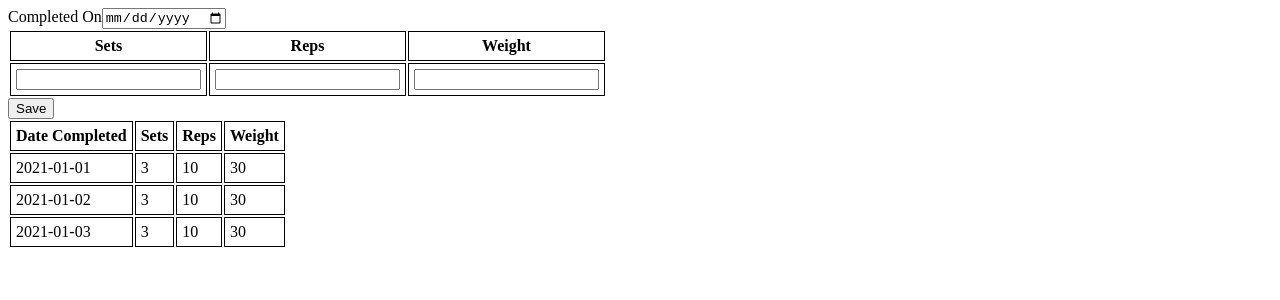
Repository: Kayla-amr/Exercise-Tracking-App
Page: / (app in exerciseTracking/)
These files come from the project's save history. The page is drawn as it stood at one moment and after the next save; the edit follows.
The browser window is 1280 px wide. The pictures show the whole page.
The project was rebuilt for these pictures with package versions that can differ from the ones it lists, and the page was loaded fresh each time. Also part of the build but not shown: exerciseTracking/vite.config.ts, exerciseTracking/src/assets/main.css.

Above is the page before, as saved 2023-03-17 13:34:38.

### exerciseTracking/src/main.ts
import { createApp } from 'vue'
import App from './App.vue'

import './assets/main.css'

const app = createApp(App)

app.mount('#app')

### exerciseTracking/src/App.vue
<script setup>
import trackingForm from './components/trackingForm.vue'
import trackingHistory from './components/trackingHistory.vue'
</script>

<template>
    <div id="app">
        <tracking-form />
        <tracking-history :exercises="exercises" />

    </div>
</template>

<script>
export default{
    name: 'app',
    components: {
        trackingForm,
        trackingHistory
    },
    data() {
        return {
            exercises: [
              {
                id: 1,
                date: '2021-01-01',
                sets: '3',
                reps: '10',
                weight: '30'
              },
              {
                id: 2,
                date: '2021-01-02',
                sets: '3',
                reps: '10',
                weight: '30'
              },
              {
                id: 3,
                date: '2021-01-03',
                sets: '3',
                reps: '10',
                weight: '30'
              }
            ]
        }
    }
}
</script>

### exerciseTracking/src/components/trackingForm.vue
<template>
    <div id="tracking-form">
        <form @submit.prevent="handleSubmit">
            <label for="date">Completed On</label>
            <input type="date" v-model="date">
            <table>
                <thead>
                    <tr>
                        <th>Sets</th>
                        <th>Reps</th>
                        <th>Weight</th>
                    </tr>
                </thead>
                <tbody>
                    <tr>
                        <td><input type="text" v-model="sets"></td>
                        <td><input type="number" v-model="reps"></td>
                        <td><input type="number" v-model="weight"></td>
                    </tr>
                </tbody>
            </table>
            <button type="submit">Save</button>
        </form>
    </div>
</template>


<script>
export default {
    name: 'tracking-form',
    data() {
        return {
            exercises: {
                date: '',
                sets: '',
                reps: '',
                weight: ''
            }
        }
    }
}
</script>

### exerciseTracking/src/components/trackingHistory.vue
<template>
    <div id="tracking-history">
        <table>
            <thead>
                <tr>
                    <th>Date Completed</th>
                    <th>Sets</th>
                    <th>Reps</th>
                    <th>Weight</th>
                </tr>
            </thead>
            <tbody>
                <tr v-for="exercise in exercises" :key="exercise.id">
                    <td>{{ exercise.date }}</td>
                    <td>{{ exercise.sets }}</td>
                    <td>{{ exercise.reps }}</td>
                    <td>{{ exercise.weight }}</td>
                </tr>
            </tbody>
        </table>
    </div>
</template>

<script>
export default{
    name: 'tracking-history',
    props: {
        exercises: {
            type: Array
        }
    }
}
</script>

<style>
th, td {
    border: 1px solid black;
    padding: 5px;
}
</style>

Loaded but not shown: exerciseTracking/index.html (common file)

After the next save:
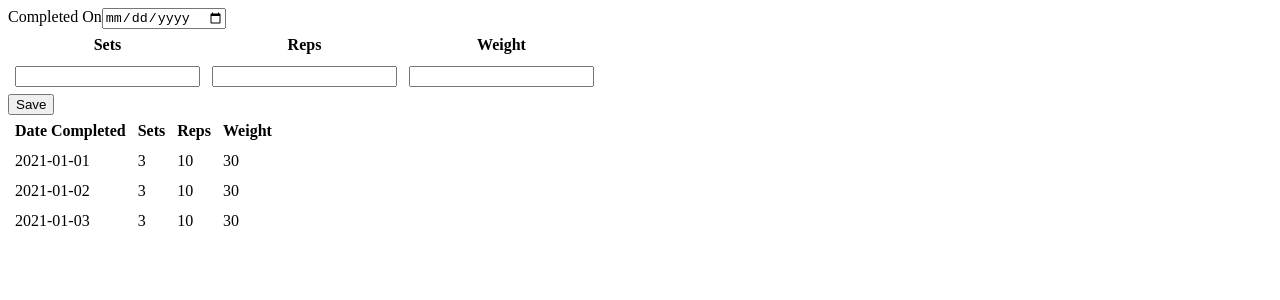
Saved 10 s later.
--- a/exerciseTracking/src/components/trackingHistory.vue
+++ b/exerciseTracking/src/components/trackingHistory.vue
@@ -34,7 +34,6 @@ export default{
 
 <style>
 th, td {
-    border: 1px solid black;
     padding: 5px;
 }
 </style>
